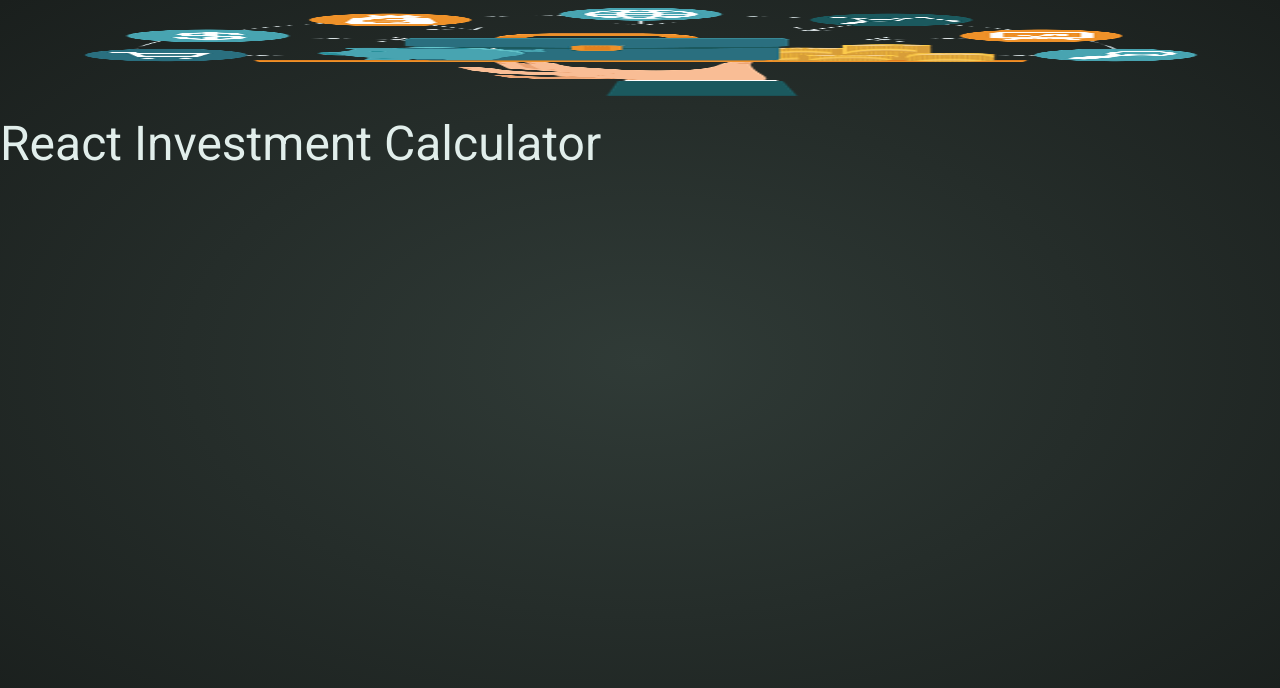
Repository: ErminiaDev/investment-app
Page: /
An editor plug-in stored every save of this project. The page is shown before and after a run of saves, followed by the edit.
The browser window is 1280 px wide. The pictures show the whole page.
The project was rebuilt for these pictures with package versions that can differ from the ones it lists, and the page was loaded fresh each time. Also part of the build but not shown: vite.config.js.

Above is the page before, as saved 2024-02-23 12:11:12.

### src/index.jsx
import ReactDOM from 'react-dom/client';

import App from './App.jsx';
import './index.css';

import '@fontsource/roboto/300.css';
import '@fontsource/roboto/400.css';
import '@fontsource/roboto/500.css';
import '@fontsource/roboto/700.css';

ReactDOM.createRoot(document.getElementById('root')).render(<App />);

### src/App.jsx
import Header from "./components/Header";

function App() {
  return (
    <Header/>
  )
}

export default App

### src/components/Header.jsx
import { Box, Stack, Typography } from "@mui/material";

export default function Header({}) {
  return (
    <Stack spacing={2}>
      <Box
        component="img"
        sx={{ height: 100, width:"100%" }}
        src="src/assets/investment-calculator-logo.png"
        alt=""
      />
      <Typography variant="h3">React Investment Calculator</Typography>
    </Stack>
  );
}

Loaded but not shown: index.html (common file); src/index.css (common file)

After the next 4 saves:
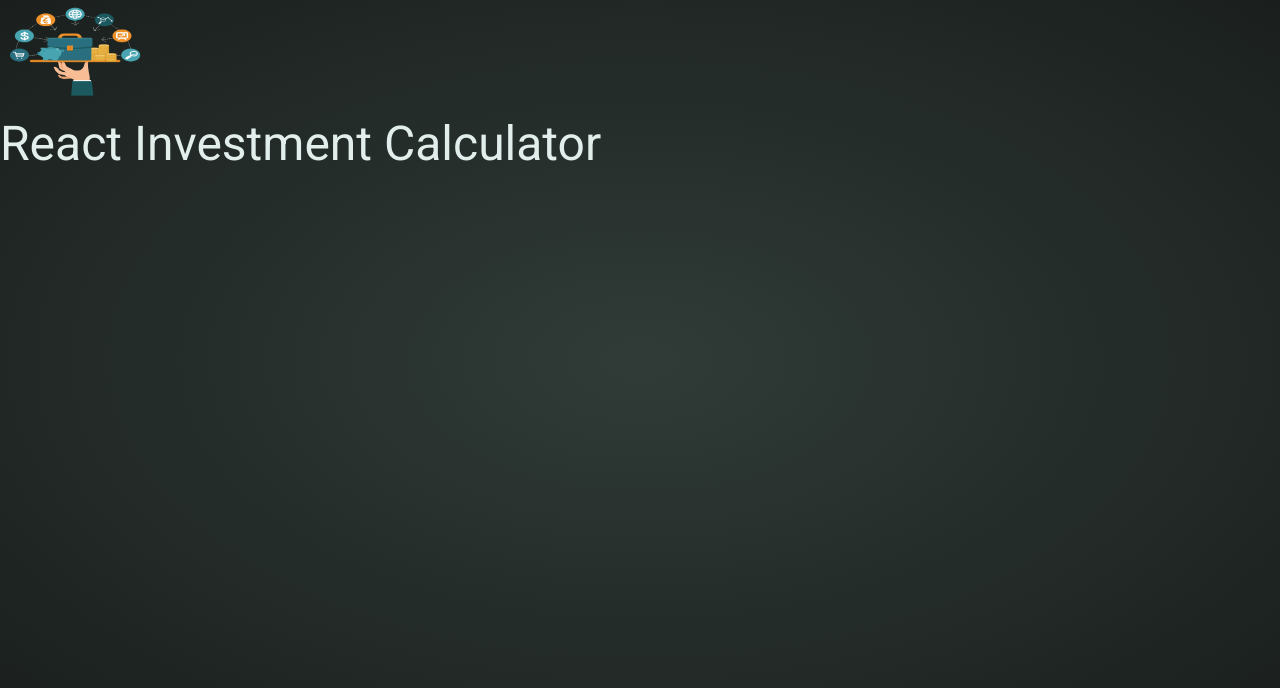
The 4 saves are shown as one change because they came seconds apart.
The last was saved 16 s later.
--- a/src/components/Header.jsx
+++ b/src/components/Header.jsx
@@ -5,7 +5,7 @@ export default function Header({}) {
     <Stack spacing={2}>
       <Box
         component="img"
-        sx={{ height: 100, width:"100%" }}
+        sx={{ height: 100, width:150 }}
         src="src/assets/investment-calculator-logo.png"
         alt=""
       />
